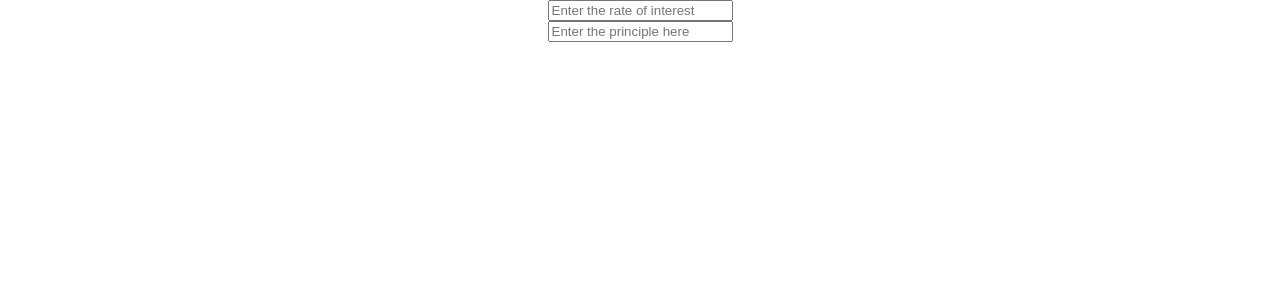
Repository: purnimapatel/SI-calculator
Page: /
The author's editor kept a copy of each file at every save. The page is drawn from the files as they stood at one save, then again after the next save.
The browser window is 1280 px wide. The pictures show the whole page.
The project was rebuilt for these pictures with package versions that can differ from the ones it lists, and the page was loaded fresh each time.

Above is the page before, as saved 2024-08-26 10:20:26.

After the next save:
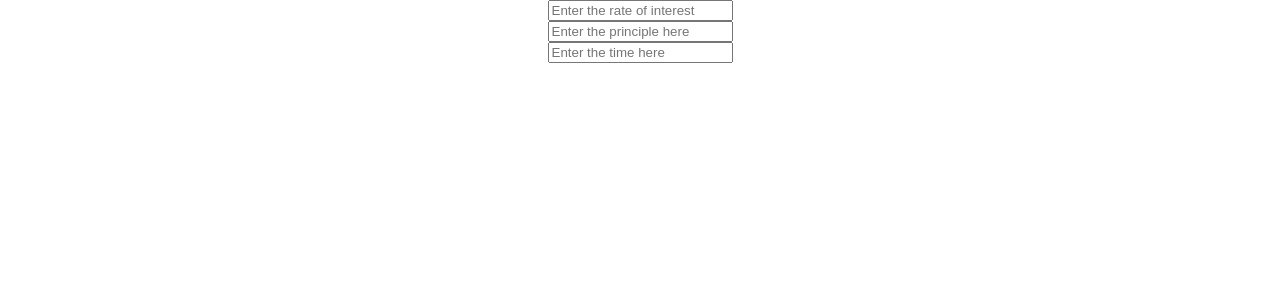
Saved 5 min 34 s later.
--- a/src/App.jsx
+++ b/src/App.jsx
@@ -3,18 +3,23 @@ import './App.css';
 import { useState } from 'react';
 
 function App() {
-  const[value, setValue]=(useState(0));
+  const[res, setRes]=(useState(0));
   return(
     <>
     <div className="container">
     <input id = "rate" placeholder="Enter the rate of interest"></input>
     <input id = "principle" placeholder="Enter the principle here"></input>
+    <input id = "time" placeholder="Enter the time here"></input>
     </div>
+    </>
+  )
+    const rate = document.getElementById("rate");
+    const principle = document.getElementById("principle");
+    const time = document.getElementById("time");
+setRes((rate*principle*time)/100);
 
 
-    </>
 
-  )
 
 }
 
